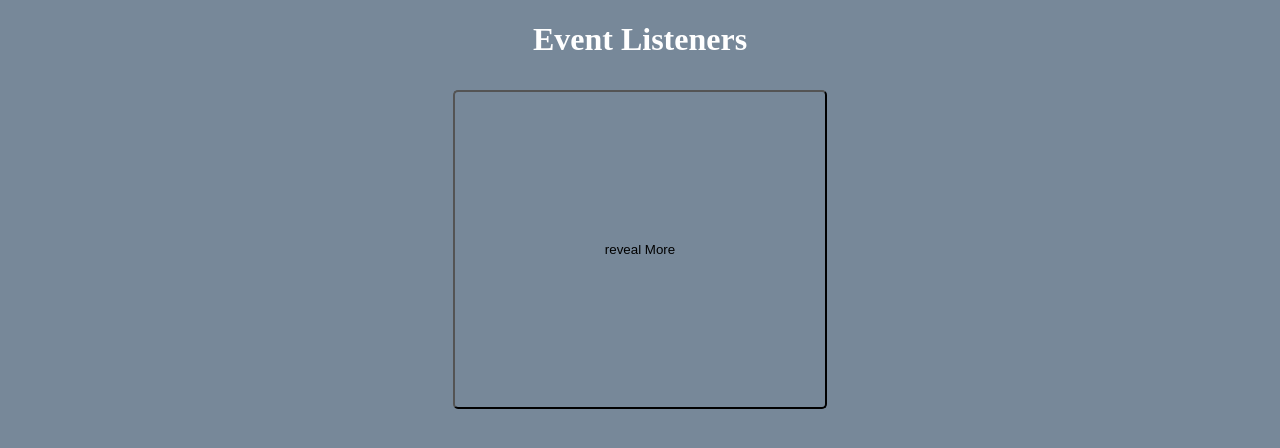
Repository: wakoya-tech/react-project
Page: Desktop/shaakala/aye/index.html
The author's editor kept a copy of each file at every save. The page is drawn from the files as they stood at one save, then again after the next save.
The browser window is 1280 px wide. The pictures show the whole page.

Above is the page before, as saved 2025-08-29 14:08:11.

### Desktop/shaakala/aye/index.html
<!DOCTYPE html>
<html lang="en">
<head>
    <meta charset="UTF-8">
    <meta name="viewport" content="width=device-width, initial-scale=1.0">
    <title>Master Dom Manipulation</title>
</head>
<style>
    body{
        background-color: lightslategrey;
        padding: 0;
        margin: 0;
        color: white;
    }
.container{
    /*border: 1px solid white ;
    margin: 30px 100px 100px 100px;
    padding: 10px;*/
    text-align: center;
    align-items: center;

}
#main-heading{
    align-items: center;
    text-align: center;

}
.reveal-btn .boxes{
    font-family: Verdana, Geneva, Tahoma, sans-serif;
    align-items: center;
    text-align: center;
    justify-content: center;

}
button {
    padding: 150px;
    background-color: lightslategray;
    border-radius: 5px;
    text-align: center;
    align-items: center;
margin: 10px 20px 30px 20px;
}
.hidden-content {
    display: none;
}
.hidden-content .reveal-btn {
    display: block;
}


</style>
<body>
    <h1 id="main-heading">Event Listeners</h1>
    <div class="container">
        <button class="reveal-btn boxes">reveal More</button>
        <div class="hidden-content boxes">
            Lorem ipsum dolor sit amet consectetur adipisicing
            elit. Fugiat officia deleniti, ipsam ea,
            veniam fuga facilis quo, recusandae nulla
            unde ullam! Id et, sapiente fugit rem odit
            explicabo at iure illum porro autem ipsa nihil
            amet, tempore sint nostrum beatae eveniet
            ratione ipsum, quae natus
            fugiat corporis! Corporis, nulla quaerat.
        </div>
    </div>
    <script src="../aye/script.js"></script>
</body>
</html>

### Desktop/shaakala/aye/script.js
const revealBtn = document.querySelector('.reveal-btn');
const hiddenContent = document.querySelector('.hidden-content');
function revealContent() {
    if(hiddenContent.classList.contains('reveal-btn')){
        hiddenContent.classList.remove('reveal-btn')
    } else {
        hiddenContent.classList.add('reveal-btn')
    }
}
revealBtn.addEventListener('click',revealContent)

After the next save:
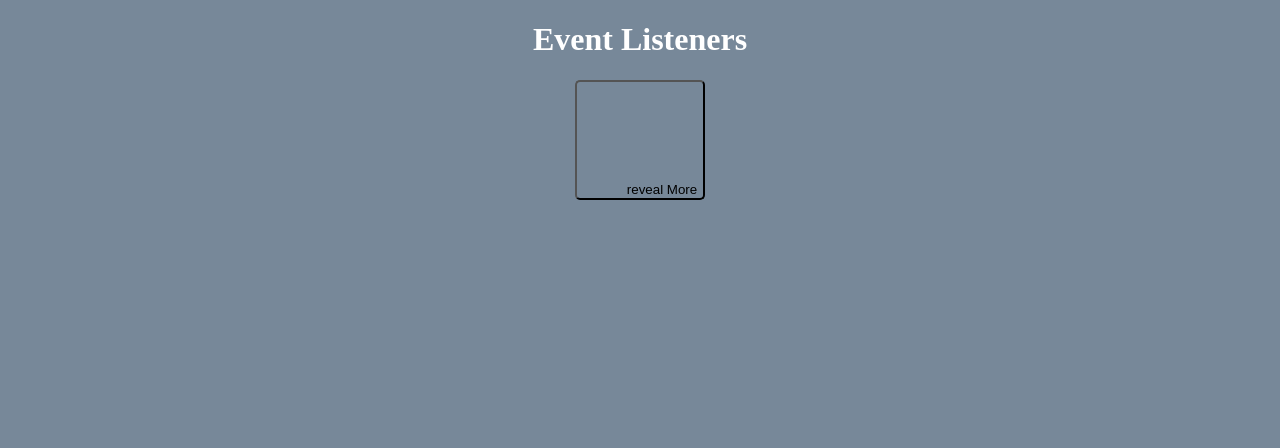
Saved 77 s later.
--- a/Desktop/shaakala/aye/index.html
+++ b/Desktop/shaakala/aye/index.html
@@ -33,12 +33,13 @@
 
 }
 button {
-    padding: 150px;
+    padding-top: 100px;
+    padding-left: 50px;
+
     background-color: lightslategray;
     border-radius: 5px;
     text-align: center;
     align-items: center;
-margin: 10px 20px 30px 20px;
 }
 .hidden-content {
     display: none;
